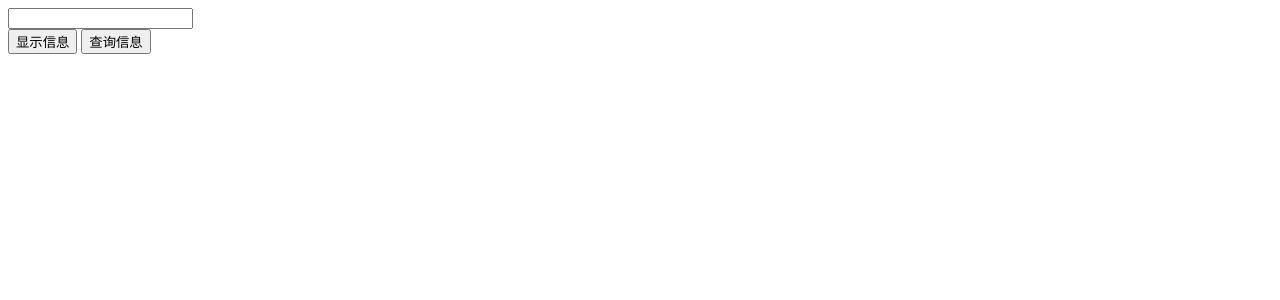
Repository: linkyh/April
Page: testjavascript/WebRoot/index.html
The author's editor kept a copy of each file at every save. The page is drawn from the files as they stood at one save, then again after the next save.
The browser window is 1280 px wide. The pictures show the whole page.

Above is the page before, as saved 2016-07-19 06:44:19.

### testjavascript/WebRoot/index.html
<!DOCTYPE html>
<html>
  <head>
    <title>index.html</title>

    <meta http-equiv="keywords" content="keyword1,keyword2,keyword3">
    <meta http-equiv="description" content="this is my page">
    <meta http-equiv="content-type" content="text/html; charset=gb2312">

    <!--<link rel="stylesheet" type="text/css" href="./styles.css">-->

  </head>

  <body>
    <form id="form1" name="form1">

		<input type="text"/><br>
		<input type="button" id="print" value="显示信息" onclick="btnPrint()"/>
		<input type="button" id="select" value="查询信息" onclick="btnSelect()"/>
    </form>
  </body>
</html>
<script type="text/javascript">
	//跳转方法，form1可改为数组对象forms[0]的形式
	function btnPrint(){
		var printDocment=document.form1;
		printDocment.action="print.html";
		printDocment.method="post";
		printDocment.submit();
	}
	function btnSelect(){
		var selsetDocment=document.form1;
		selsetDocment.action="select.html";
		selsetDocment.method="get";
		selsetDocment.submit();
	}
</script>

After the next save:
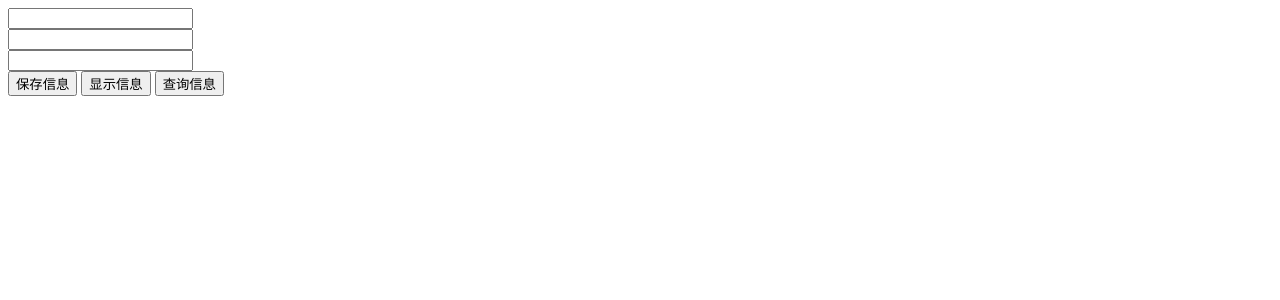
Saved 48 min 45 s later.
--- a/testjavascript/WebRoot/index.html
+++ b/testjavascript/WebRoot/index.html
@@ -14,7 +14,10 @@
   <body>
     <form id="form1" name="form1">
 
-		<input type="text"/><br>
+		<input type="text" name="txtName" id="txt1"/><br>
+		<input type="text" name="txtName" id="txt2"/><br>
+		<input type="text" name="txtName" id="txt3"/><br>
+		<input type="button" id="btn" value="保存信息" onclick="btnSave()"/>
 		<input type="button" id="print" value="显示信息" onclick="btnPrint()"/>
 		<input type="button" id="select" value="查询信息" onclick="btnSelect()"/>
     </form>
